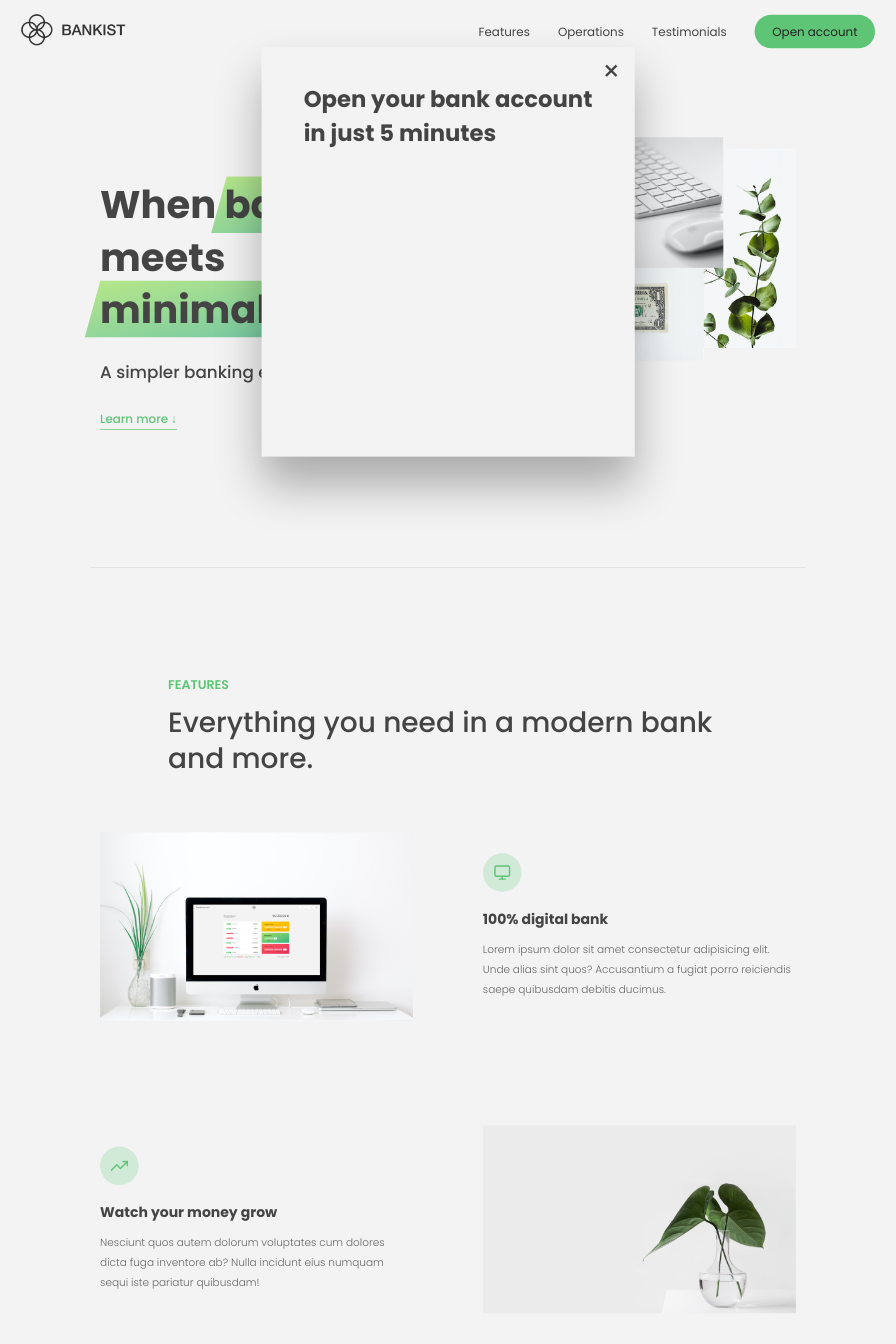
Repository: nptg3105/Bankist
Page: index.html
These files come from the project's save history. The page is drawn as it stood at one moment and after the next save; the edit follows.
The browser window is 1280 px wide. The pictures show the part of the page from y = 0 to 1920 px (the page is 5256 px tall), at 70% of full size.
Some web libraries are served in a nearby version.

Above is the page before, as saved 2022-06-03 15:02:26.

### index.html
<!DOCTYPE html>
<html lang="en">
  <head>
    <meta charset="UTF-8" />
    <meta name="viewport" content="width=device-width, initial-scale=1.0" />
    <meta http-equiv="X-UA-Compatible" content="ie=edge" />
    <link rel="shortcut icon" type="image/png" href="images/icon.png" />

    <link
      href="https://fonts.googleapis.com/css?family=Poppins:300,400,500,600&display=swap"
      rel="stylesheet"
    />
    <link
      rel="stylesheet"
      href="https://cdnjs.cloudflare.com/ajax/libs/font-awesome/6.1.1/css/all.min.css"
      integrity="sha512-KfkfwYDsLkIlwQp6LFnl8zNdLGxu9YAA1QvwINks4PhcElQSvqcyVLLD9aMhXd13uQjoXtEKNosOWaZqXgel0g=="
      crossorigin="anonymous"
      referrerpolicy="no-referrer"
    />
    <link rel="stylesheet" href="dist/index.css" />
    <title>Bankist | When Banking meets Minimalist</title>
  </head>
  <body>
    <nav class="nav container-fluid">
      <a href="#header"
        ><img
          src="images/logo.png"
          alt="Bankist logo"
          class="nav__logo"
          id="logo"
      /></a>
      <ul class="nav__links">
        <li class="nav__item">
          <a class="nav__link" href="#section--1">Features</a>
        </li>
        <li class="nav__item">
          <a class="nav__link" href="#section--2">Operations</a>
        </li>
        <li class="nav__item">
          <a class="nav__link" href="#section--3">Testimonials</a>
        </li>
        <li class="nav__item">
          <a class="nav__link nav__link--btn btn--show-modal" href="#"
            >Open account</a
          >
        </li>
      </ul>

      <div class="nav__button">
        <div class="nav__hamburger">
          <span></span>
        </div>
      </div>
    </nav>
    <ul class="nav-mobile">
      <div class="nav-mobile__links">
        <li class="nav-mobile__link"><a href="#section--1">Features</a></li>
        <li class="nav-mobile__link"><a href="#section--2">Operations</a></li>
        <li class="nav-mobile__link"><a href="#section--3">Testimonials</a></li>
        <li class="nav-mobile__link">
          <a class="nav__link--btn btn--show-modal" href="#">Open account</a>
        </li>
      </div>
    </ul>
    <header id="header" class="header container">
      <div class="header__title">
        <h1>
          When
          <!-- Green highlight effect -->
          <span class="highlight">banking</span>
          meets<br />
          <span class="highlight">minimalist</span>
        </h1>
        <h4>A simpler banking experience for a simpler life.</h4>
        <button class="btn--text btn--scroll-to">Learn more &DownArrow;</button>
        <img
          src="images/hero.png"
          class="header__img"
          alt="Minimalist bank items"
        />
      </div>
    </header>

    <section class="section container" id="section--1">
      <div class="section__title">
        <h2 class="section__description">Features</h2>
        <h3 class="section__header">
          Everything you need in a modern bank and more.
        </h3>
      </div>

      <div class="features">
        <div class="features__item">
          <img
            src="images/digital-lazy.jpg"
            data-src="images/digital.jpg"
            alt="Computer"
            class="features__img lazy-img"
          />
          <div class="features__feature">
            <div class="features__icon">
              <svg>
                <use xlink:href="images/icons.svg#icon-monitor"></use>
              </svg>
            </div>
            <h5 class="features__header">100% digital bank</h5>
            <p>
              Lorem ipsum dolor sit amet consectetur adipisicing elit. Unde
              alias sint quos? Accusantium a fugiat porro reiciendis saepe
              quibusdam debitis ducimus.
            </p>
          </div>
        </div>

        <div class="features__item features__item--reverse">
          <img
            src="images/grow-lazy.jpg"
            data-src="images/grow.jpg"
            alt="Plant"
            class="features__img lazy-img"
          />
          <div class="features__feature">
            <div class="features__icon">
              <svg>
                <use xlink:href="images/icons.svg#icon-trending-up"></use>
              </svg>
            </div>
            <h5 class="features__header">Watch your money grow</h5>
            <p>
              Nesciunt quos autem dolorum voluptates cum dolores dicta fuga
              inventore ab? Nulla incidunt eius numquam sequi iste pariatur
              quibusdam!
            </p>
          </div>
        </div>

        <div class="features__item">
          <img
            src="images/card-lazy.jpg"
            data-src="images/card.jpg"
            alt="Credit card"
            class="features__img lazy-img"
          />
          <div class="features__feature">
            <div class="features__icon">
              <svg>
                <use xlink:href="images/icons.svg#icon-credit-card"></use>
              </svg>
            </div>
            <h5 class="features__header">Free debit card included</h5>
            <p>
              Quasi, fugit in cumque cupiditate reprehenderit debitis animi enim
              eveniet consequatur odit quam quos possimus assumenda dicta fuga
              inventore ab.
            </p>
          </div>
        </div>
      </div>
    </section>

    <section class="section container" id="section--2">
      <div class="section__title">
        <h2 class="section__description">Operations</h2>
        <h3 class="section__header">
          Everything as simple as possible, but no simpler.
        </h3>
      </div>

      <div class="operations">
        <div class="operations__tab-container">
          <button
            class="btn operations__tab operations__tab--1 operations__tab--active"
            data-tab="1"
          >
            <span>01</span>Instant Transfers
          </button>
          <button class="btn operations__tab operations__tab--2" data-tab="2">
            <span>02</span>Instant Loans
          </button>
          <button class="btn operations__tab operations__tab--3" data-tab="3">
            <span>03</span>Instant Closing
          </button>
        </div>
        <div
          class="operations__content operations__content--1 operations__content--active"
        >
          <div class="operations__icon operations__icon--1">
            <svg>
              <use xlink:href="images/icons.svg#icon-upload"></use>
            </svg>
          </div>
          <h5 class="operations__header">
            Tranfser money to anyone, instantly! No fees, no BS.
          </h5>
          <p>
            Lorem ipsum dolor sit amet, consectetur adipisicing elit, sed do
            eiusmod tempor incididunt ut labore et dolore magna aliqua. Ut enim
            ad minim veniam, quis nostrud exercitation ullamco laboris nisi ut
            aliquip ex ea commodo consequat.
          </p>
        </div>

        <div class="operations__content operations__content--2">
          <div class="operations__icon operations__icon--2">
            <svg>
              <use xlink:href="images/icons.svg#icon-home"></use>
            </svg>
          </div>
          <h5 class="operations__header">
            Buy a home or make your dreams come true, with instant loans.
          </h5>
          <p>
            Duis aute irure dolor in reprehenderit in voluptate velit esse
            cillum dolore eu fugiat nulla pariatur. Excepteur sint occaecat
            cupidatat non proident, sunt in culpa qui officia deserunt mollit
            anim id est laborum.
          </p>
        </div>
        <div class="operations__content operations__content--3">
          <div class="operations__icon operations__icon--3">
            <svg>
              <use xlink:href="images/icons.svg#icon-user-x"></use>
            </svg>
          </div>
          <h5 class="operations__header">
            No longer need your account? No problem! Close it instantly.
          </h5>
          <p>
            Excepteur sint occaecat cupidatat non proident, sunt in culpa qui
            officia deserunt mollit anim id est laborum. Ut enim ad minim
            veniam, quis nostrud exercitation ullamco laboris nisi ut aliquip ex
            ea commodo consequat.
          </p>
        </div>
      </div>
    </section>

    <section class="section container" id="section--3">
      <div class="section__title section__title--testimonials">
        <h2 class="section__description">Not sure yet?</h2>
        <h3 class="section__header">
          Millions of Bankists are already making their lifes simpler.
        </h3>
      </div>

      <div class="slider">
        <div class="slide slide--1">
          <div class="testimonial">
            <h5 class="testimonial__header">Best financial decision ever!</h5>
            <blockquote class="testimonial__text">
              Lorem ipsum dolor sit, amet consectetur adipisicing elit.
              Accusantium quas quisquam non? Quas voluptate nulla minima
              deleniti optio ullam nesciunt, numquam corporis et asperiores
              laboriosam sunt, praesentium suscipit blanditiis. Necessitatibus
              id alias reiciendis, perferendis facere pariatur dolore veniam
              autem esse non voluptatem saepe provident nihil molestiae.
            </blockquote>
            <address class="testimonial__author">
              <img src="images/user-1.jpg" alt="" class="testimonial__photo" />
              <h6 class="testimonial__name">Aarav Lynn</h6>
              <p class="testimonial__location">San Francisco, USA</p>
            </address>
          </div>
        </div>

        <div class="slide slide--2">
          <div class="testimonial">
            <h5 class="testimonial__header">
              The last step to becoming a complete minimalist
            </h5>
            <blockquote class="testimonial__text">
              Quisquam itaque deserunt ullam, quia ea repellendus provident,
              ducimus neque ipsam modi voluptatibus doloremque, corrupti
              laborum. Incidunt numquam perferendis veritatis neque repellendus.
              Lorem, ipsum dolor sit amet consectetur adipisicing elit. Illo
              deserunt exercitationem deleniti.
            </blockquote>
            <address class="testimonial__author">
              <img src="images/user-2.jpg" alt="" class="testimonial__photo" />
              <h6 class="testimonial__name">Miyah Miles</h6>
              <p class="testimonial__location">London, UK</p>
            </address>
          </div>
        </div>

        <div class="slide slide--3">
          <div class="testimonial">
            <h5 class="testimonial__header">
              Finally free from old-school banks
            </h5>
            <blockquote class="testimonial__text">
              Debitis, nihil sit minus suscipit magni aperiam vel tenetur
              incidunt commodi architecto numquam omnis nulla autem,
              necessitatibus blanditiis modi similique quidem. Odio aliquam
              culpa dicta beatae quod maiores ipsa minus consequatur error sunt,
              deleniti saepe aliquid quos inventore sequi. Necessitatibus id
              alias reiciendis, perferendis facere.
            </blockquote>
            <address class="testimonial__author">
              <img src="images/user-3.jpg" alt="" class="testimonial__photo" />
              <h6 class="testimonial__name">Francisco Gomes</h6>
              <p class="testimonial__location">Lisbon, Portugal</p>
            </address>
          </div>
        </div>

        <!-- <div class="slide"><img src="images/img-1.jpg" alt="Photo 1" /></div>
        <div class="slide"><img src="images/img-2.jpg" alt="Photo 2" /></div>
        <div class="slide"><img src="images/img-3.jpg" alt="Photo 3" /></div>
        <div class="slide"><img src="images/img-4.jpg" alt="Photo 4" /></div> -->
        <button class="slider__btn slider__btn--left">&larr;</button>
        <button class="slider__btn slider__btn--right">&rarr;</button>
        <div class="dots"></div>
      </div>
    </section>

    <section class="section section--sign-up">
      <div class="container">
        <div class="section__title">
          <h3 class="section__header">
            The best day to join Bankist was one year ago. The second best is
            today!
          </h3>
        </div>
        <button class="btn btn--show-modal">
          Open your free account today!
        </button>
      </div>
    </section>

    <footer class="footer">
      <div class="container">
        <ul class="footer__nav">
          <li class="footer__item">
            <a class="footer__link" href="#">About</a>
          </li>
          <li class="footer__item">
            <a class="footer__link" href="#">Pricing</a>
          </li>
          <li class="footer__item">
            <a class="footer__link" href="#">Terms of Use</a>
          </li>
          <li class="footer__item">
            <a class="footer__link" href="#">Privacy Policy</a>
          </li>
          <li class="footer__item">
            <a class="footer__link" href="#">Careers</a>
          </li>
          <li class="footer__item">
            <a class="footer__link" href="#">Blog</a>
          </li>
          <li class="footer__item">
            <a class="footer__link" href="#">Contact Us</a>
          </li>
        </ul>
        <img src="images/icon.png" alt="Logo" class="footer__logo" />
        <p class="footer__copyright">
          &copy; Copyright by
          <a
            class="footer__link twitter-link"
            target="_blank"
            href="https://twitter.com/jonasschmedtman"
            >Jonas Schmedtmann</a
          >. Use for learning or your portfolio. Don't use to teach. Don't claim
          as your own product.
        </p>
      </div>
    </footer>

    <div class="modal">
      <button class="btn--close-modal">&times;</button>
      <h2 class="modal__header">
        Open your bank account <br />
        in just <span class="highlight">5 minutes</span>
      </h2>
      <form class="modal__form hidden">
        <div class="modal__control">
          <label for="first-name" class="modal__label">First Name</label>
          <input id="first-name" class="modal__input" type="text" />
          <small></small>
        </div>
        <div class="modal__control">
          <label for="last-name" class="modal__label">Last Name</label>
          <input id="last-name" class="modal__input" type="text" />
          <small></small>
        </div>
        <div class="modal__control">
          <label for="email" class="modal__label">Email Address</label>
          <input id="email" class="modal__input" type="email" />
          <small></small>
        </div>
        <button type="submit" class="btn">Next step &rarr;</button>
      </form>
    </div>
    <div class="overlay hidden"></div>

    <script src="./src/js/script.js"></script>
  </body>
</html>

Loaded but not shown: dist/index.css (library); src/js/script.js (374 lines, source omitted)

After the next save:
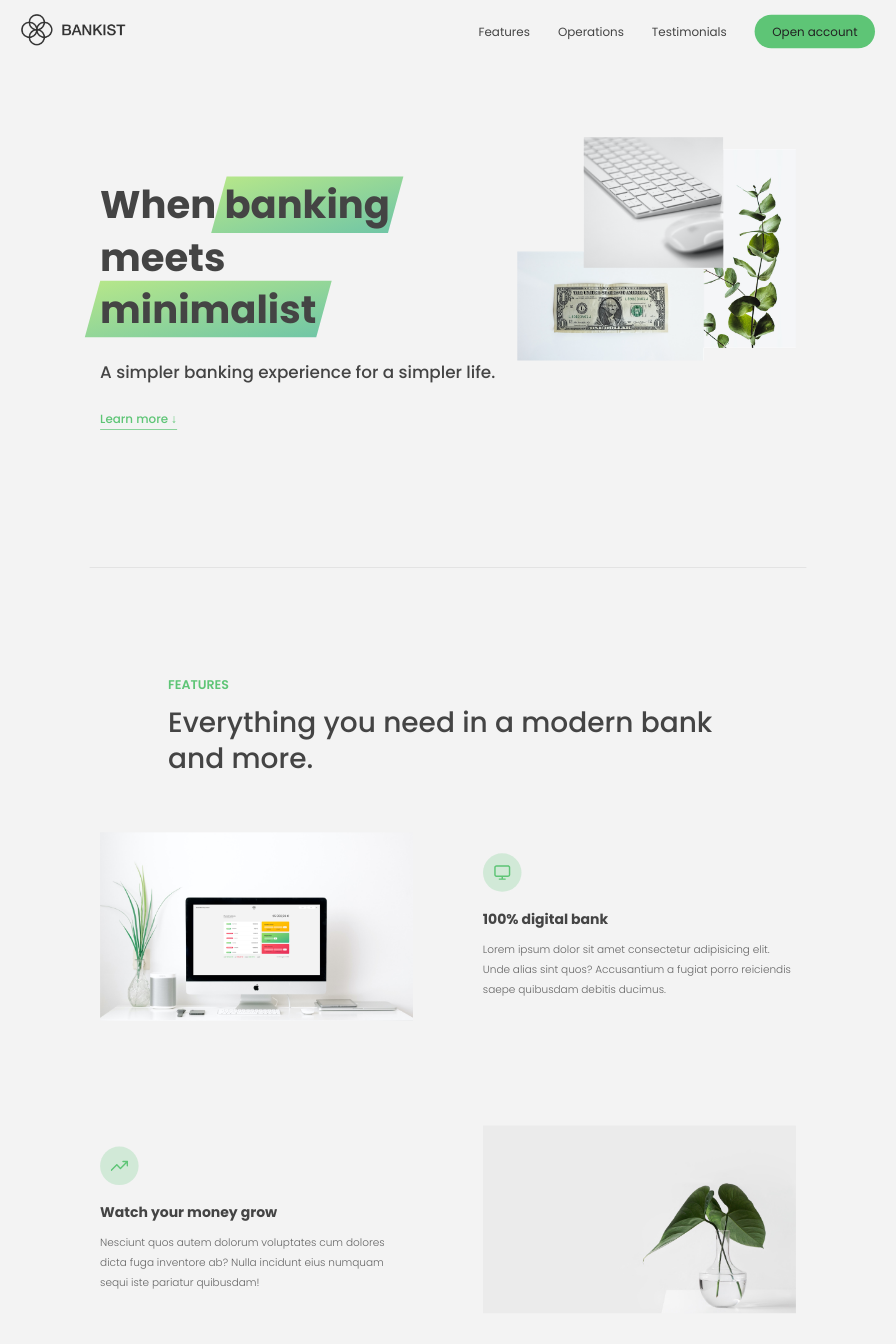
Saved 12 s later.
--- a/index.html
+++ b/index.html
@@ -367,13 +367,13 @@
       </div>
     </footer>
 
-    <div class="modal">
+    <div class="modal hidden">
       <button class="btn--close-modal">&times;</button>
       <h2 class="modal__header">
         Open your bank account <br />
         in just <span class="highlight">5 minutes</span>
       </h2>
-      <form class="modal__form hidden">
+      <form class="modal__form">
         <div class="modal__control">
           <label for="first-name" class="modal__label">First Name</label>
           <input id="first-name" class="modal__input" type="text" />
